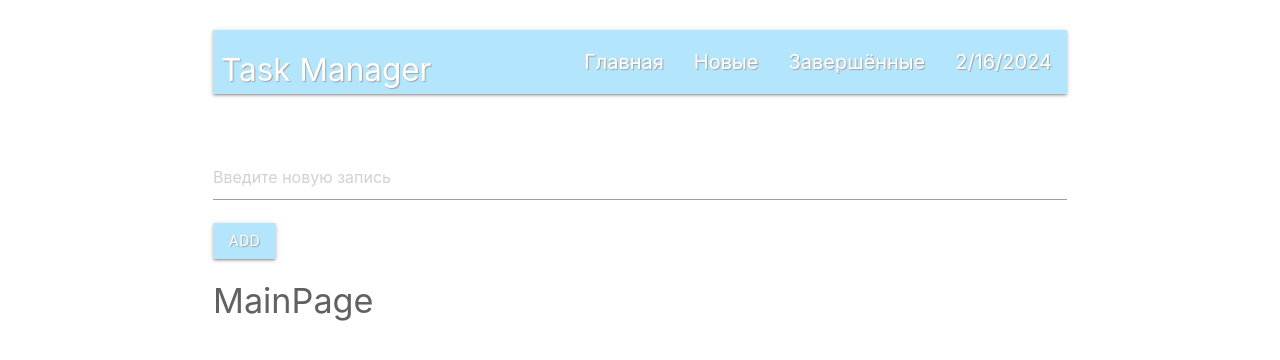
Repository: iveivs/myReactTaskManager
Page: /
An editor plug-in stored every save of this project. The page is shown before and after the next save, followed by the edit.
The browser window is 1280 px wide. The pictures show the whole page.
The project was rebuilt for these pictures with package versions that can differ from the ones it lists, and the page was loaded fresh each time. Also part of the build but not shown: vite.config.js, src/components/DoneTasks.jsx, src/components/NewTasks.jsx.

Above is the page before, as saved 2024-02-21 10:50:02.

### index.html
<!doctype html>
<html lang="en">
  <head>
    <meta charset="UTF-8" />
    <link rel="icon" type="image/svg+xml" href="/vite.svg" />
    <meta name="viewport" content="width=device-width, initial-scale=1.0" />
    <link rel="stylesheet" href="https://cdnjs.cloudflare.com/ajax/libs/materialize/1.0.0/css/materialize.min.css">
    <link href="https://fonts.googleapis.com/icon?family=Material+Icons" rel="stylesheet">
    <title>Task Manager</title>
  </head>
  <body>
    <div id="root"></div>
    <script type="module" src="/src/main.jsx"></script>
  </body>
</html>

### src/main.jsx
import React from 'react'
import ReactDOM from 'react-dom/client'
import { BrowserRouter } from 'react-router-dom';
import App from './App.jsx'
import './index.css'

ReactDOM.createRoot(document.getElementById('root')).render(
  <BrowserRouter>
    <App />
  </BrowserRouter>,
)

### src/App.jsx
import { useState, useEffect } from 'react'
import { Routes, Route } from 'react-router-dom'
import './App.css'
import DoneTasks from './components/DoneTasks'
import Header from './components/Header'
import MainPage from './components/MainPage'
import NewTasks from './components/NewTasks'
import { DataContext } from './components/DataContext'

function App() {
  const [input, setInput] = useState('')
  const [tasks, setTasks] = useState()

  const renderLocalStorageData = () => {
    const data = localStorage.getItem("tasks")
    if (data) {
        return JSON.parse(data);
    } else {
        return []
    }
  }

  useEffect(()=> {
    setTasks(renderLocalStorageData)
    console.log('test');
    console.log('useEf tasks', tasks);
  }, [])

  const handleChange = (event) => {
    setInput(event.target.value)
    console.log('input', input);
  }

  const handleClick = () => {
    let id = tasks.length > 0 ? tasks[tasks.length - 1].id + 1 : 1
    const newTask = {
      task: input,
      id: id, // 1
      done: false
    }

    // setTasks([...tasks, newTask])
    setTasks(prev => [...prev, newTask])
    console.log('task on handleclick btn', tasks);
    localStorage.setItem('tasks', JSON.stringify(tasks))
    setInput('')
  }

  function changeStatus(e) {
    setTasks((previousTasks) => previousTasks.map(task => {
        if(task.id == e.target.dataset.id) {
            return {
                ...task,
                done: !task.done,
            }
        }
        return task
    }))
    localStorage.setItem('tasks', JSON.stringify(tasks))
}

function deleteTask(e) {
  setTasks((previousTasks) => previousTasks.filter(task => {
      if(task.id == e.target.dataset.id) {
          return
      }
      return task
  }))
  localStorage.setItem('tasks', JSON.stringify(tasks))
}

  return (
    <>
    <DataContext.Provider value={{
      tasks,
      setTasks,
      changeStatus,
      deleteTask,
    }}>
      <div className="container">
        <Header  />
        <div className='input-field'>
          <input
            placeholder='Введите новую запись'
            className='inputMain'
            value={input}
            onChange={(e) => handleChange(e)}
            type="text" />
        </div>

        <button className='btn light-blue lighten-4' onClick={handleClick}>ADD</button>
        <Routes>
          <Route index element={<MainPage />} />
          <Route path="/new" element={<NewTasks />} />
          <Route path="/done" element={<DoneTasks  />} />
        </Routes>

        {/* { input && <h4>{input}</h4> } */}
        {/* { tasks && (
          tasks.map(e => <p key={e}>task: {e}</p>)
        )} */}
      </div>
      </DataContext.Provider>
    </>
  )
}

export default App

### src/index.css

.nav-wrapper {
    padding-left: 8px;
    text-shadow: 1px 1px 1px #a3a3a3;
    /* display: flex ;
    flex-direction: row;
    justify-content: space-between;
    align-items: center; */
}
.nav-wrapper ul li {
    font-size: 24px !important;
}
.listItem{
    font-size: 18px !important;
}
.btn {
    text-shadow: 1px 1px 1px #a3a3a3;

}
/* .inputMain {
    margin-bottom: 40px !important ;
} */
nav {
    margin-bottom: 60px;
}
.textTitle {
    color: #616161;
}
.taskText {
    font-size: 18px;
    color: #616161;
}
.taskItem {
    display: flex;
    flex-direction: row;
    align-items: center;
    justify-content: space-between;
}
.disabledColor {
    color: #838383;
    cursor: pointer;
    transition: color .3s ease-in-out;

}
.disabledColor:hover {
    opacity: .5;
}
.orange600 {
    color: #FB8C00;
}
/* nav {
    background-color: #b3e5fc
} */

### src/App.css
#root {
  max-width: 1280px;
  margin: 0 auto;
  padding: 2rem;

}

### src/components/Header.jsx
import { Link } from "react-router-dom";
import DateElement from "./DateElement";

export default function Header() {
    return (
        <nav className="light-blue lighten-4">
            <div className="nav-wrapper">
                <h4 className="brand-logo">
                    Task Manager
                </h4>
                {/* <* id="nav-mobile" className="right hide-on-med-and-down"> */}
                <ul className="right">
                    <li className="listItem" >
                        <Link style={{fontSize: '20px'}} to="/">Главная</Link>
                    </li>
                    <li>
                        <Link style={{fontSize: '20px'}} to="/new">Новые</Link>
                    </li>
                    <li>
                        <Link style={{fontSize: '20px'}} to="/done">Завершённые</Link>
                    </li>
                    <li >
                        <Link style={{fontSize: '20px'}}> {<DateElement  />}</Link>
                    </li>

                </ul>

            </div>
        </nav>
    );
}

// export default function Header() {
//     document.addEventListener('DOMContentLoaded', function() {
//         const elems = document.querySelectorAll('.sidenav');
//         var instances = M.Sidenav.init(elems, options);
//     });

//     return (
//         <>
//             <nav>
//                 <div className="nav-wrapper">
//                     <a href="#!" className="brand-logo">Logo</a>
//                     <a href="#" data-target="mobile-demo" className="sidenav-trigger"><i className="material-icons">menu</i></a>
//                     <ul className="right hide-on-med-and-down">
//                         <li>
//                             <Link to="/">Главная</Link>
//                         </li>
//                         <li>
//                             <Link to="/new">Новые</Link>
//                         </li>
//                         <li>
//                             <Link to="/done">Завершённые</Link>
//                         </li>
//                         <li>
//                             <DateElement  />
//                         </li>
//                     </ul>
//                 </div>
//             </nav>

//             <ul className="sidenav" id="mobile-demo">
//                 <li>Sass</li>
//                 <li><a href="badges.html">Components</a></li>
//                 <li><a href="collapsible.html">Javascript</a></li>
//                 <li><a href="mobile.html">Mobile</a></li>
//             </ul>
//         </>

//     );
// }

### src/components/MainPage.jsx
import { useEffect } from "react"
import { DataContext } from "./DataContext"
import { useContext } from "react"

export default function MainPage () {
    const { tasks, setTasks, changeStatus, deleteTask } = useContext(DataContext)

    return (
        <div>
            <h4 className="textTitle">MainPage</h4>
            { tasks && (
                tasks.map(task => (
                    <div key={task.id } className="taskItem">
                        <p className="taskText" style={ task.done ? {textDecoration: 'line-through'} : {textDecoration: ''}}>task: {task.task} id: {task.id}</p>
                        <div className="iconBox">
                            <i onClick={(e) => { changeStatus(e) }} data-id={task.id} className={`material-icons disabledColor ${task.done ? "orange600" : " "}`} >done</i>
                            <i onClick={(e) => { deleteTask(e) }} data-id={task.id} className="material-icons disabledColor">close</i>
                        </div>
                    </div>
                ))
            )}
        </div>
    )
}

### src/components/DataContext.js
import { createContext } from "react"
const initialState = {
    tasks: [],
    loading: false,
    setTasks: () => {
    }
}

export const DataContext = createContext(initialState)

### src/components/DateElement.jsx
import { useEffect, useState } from "react"

export default function DateElement () {
    const [now, setNow] = useState(new Date())

    useEffect
    return (
        <>

            {/* <p>{now.toLocaleDateString()}</p> */}
            {now.toLocaleDateString()}

        </>
    )
}

After the next save:
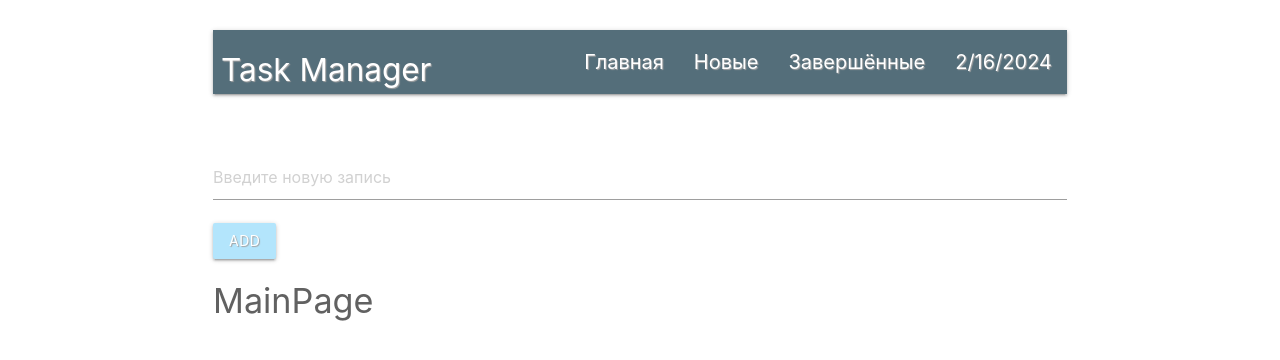
Saved 2 min 44 s later.
--- a/src/components/Header.jsx
+++ b/src/components/Header.jsx
@@ -3,7 +3,7 @@ import DateElement from "./DateElement";
 
 export default function Header() {
     return (
-        <nav className="light-blue lighten-4">
+        <nav className="blue-grey darken-1">
             <div className="nav-wrapper">
                 <h4 className="brand-logo">
                     Task Manager
